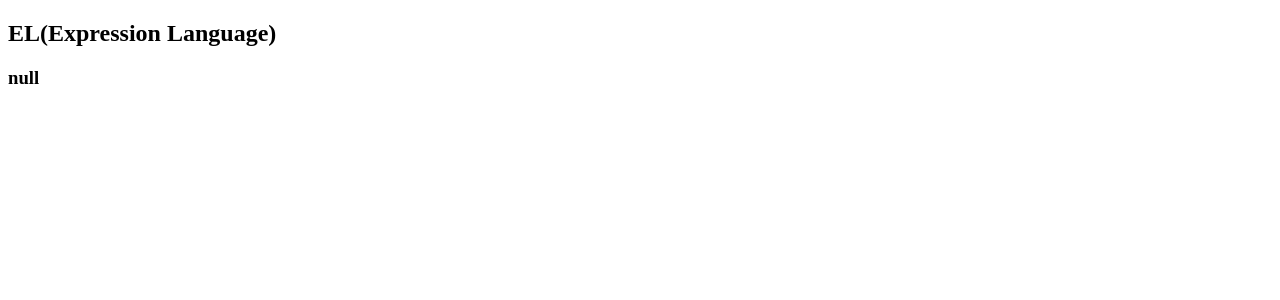
Repository: daehyuk1231/lect_labs_java
Page: http://localhost/java_web/el.jsp
The author's editor kept a copy of each file at every save. The page is drawn from the files as they stood at one save, then again after the next save.
The browser window is 1280 px wide. The pictures show the whole page.
The page is served by Tomcat 10.

Above is the page before, as saved 2025-08-18 01:27:22.

After the next save:
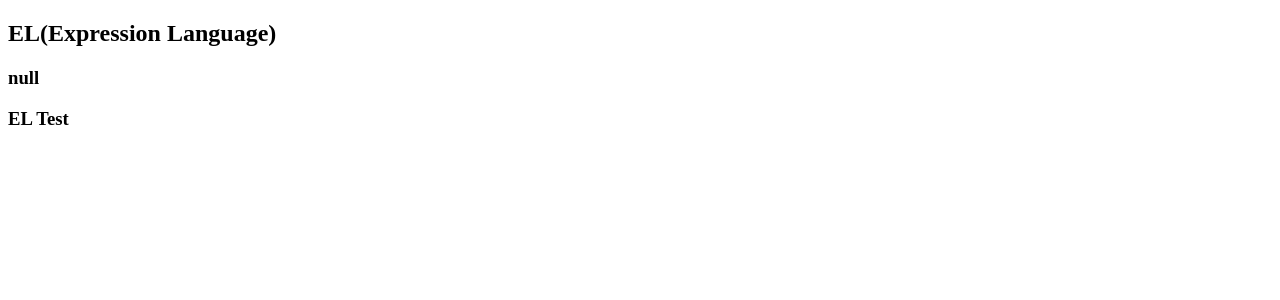
Saved 101 s later.
--- a/java_web/src/main/webapp/el.jsp
+++ b/java_web/src/main/webapp/el.jsp
@@ -16,5 +16,6 @@
 	<h2>EL(Expression Language)</h2>
 	<h3><%=name1%></h3>
 	<h3>${param.name }</h3>
+	<h3>${sessionScope.msg }</h3>
 </body>
 </html>
